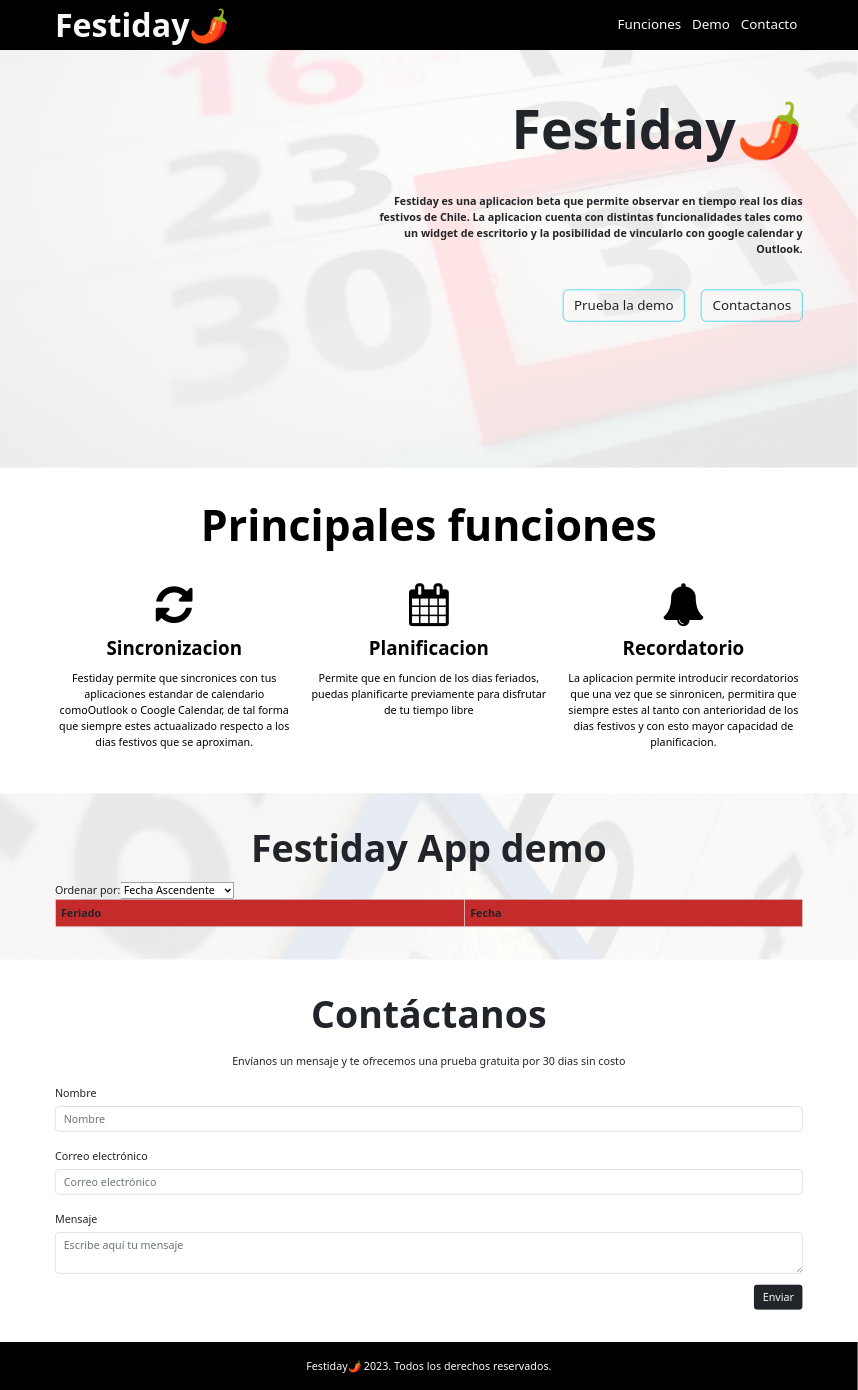
Repository: cvalenciapatagonia/Desafio-4-React-I
Page: /
An editor plug-in stored every save of this project. The page is shown before and after the next save, followed by the edit.
The browser window is 1280 px wide. The pictures show the whole page, at 67% of full size.
The page's requests for data from a server got no answer. The project was rebuilt for these pictures with package versions that can differ from the ones it lists, and the page was loaded fresh each time. No one was signed in, and anything a server would have sent is missing. Also part of the build but not shown: vite.config.js, src/App.css.

Above is the page before, as saved 2023-09-08 16:13:49.

After the next save:
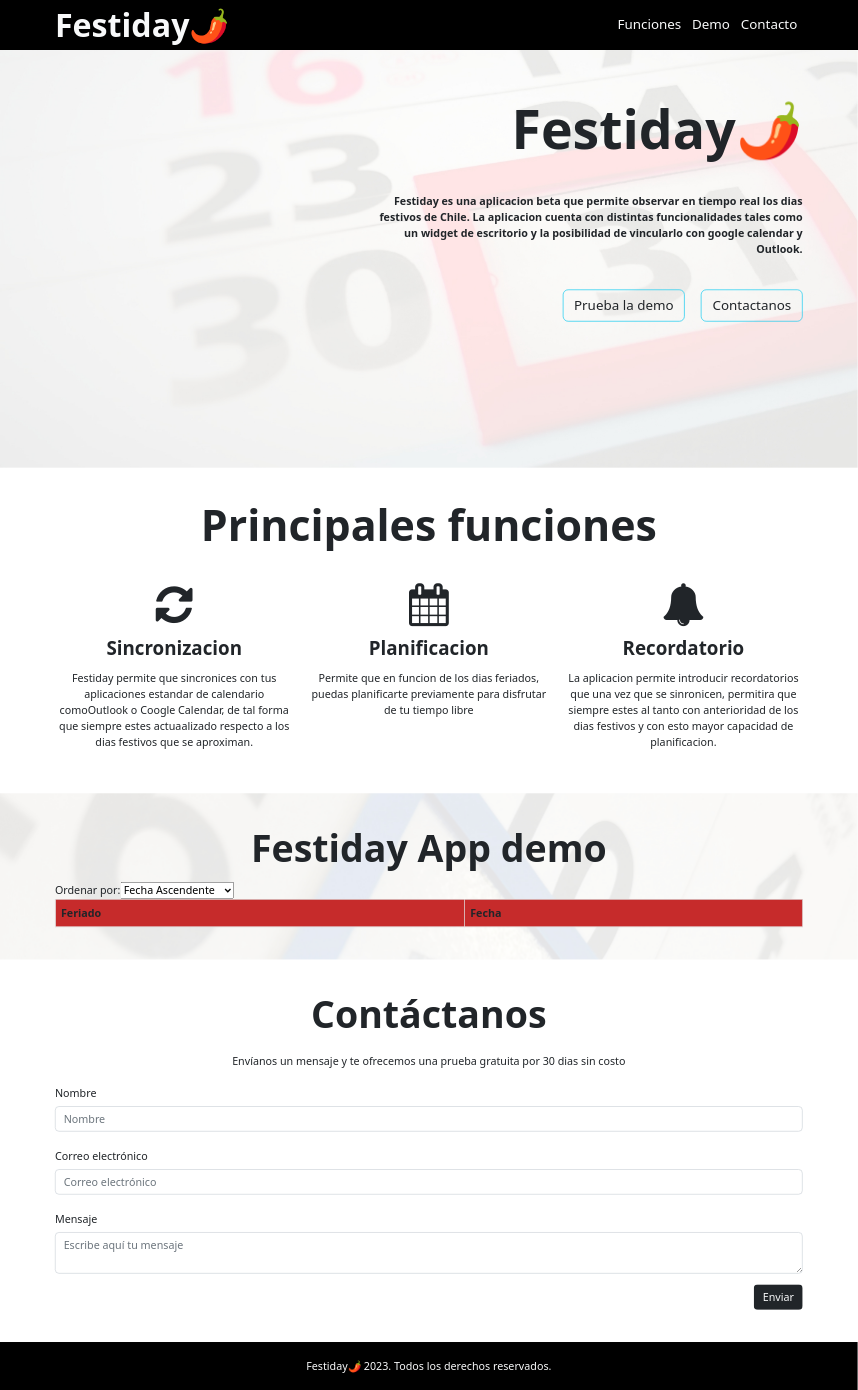
Saved 20 s later.
--- a/src/index.css
+++ b/src/index.css
@@ -45,10 +45,6 @@ table th {
 }
 
 
-#Acerca-de-mi {
-  color: black;
-}
-
 #Mis-proyectos{
   background-image: url(./assets/img/bg2.jpg);
   background-repeat: no-repeat;
